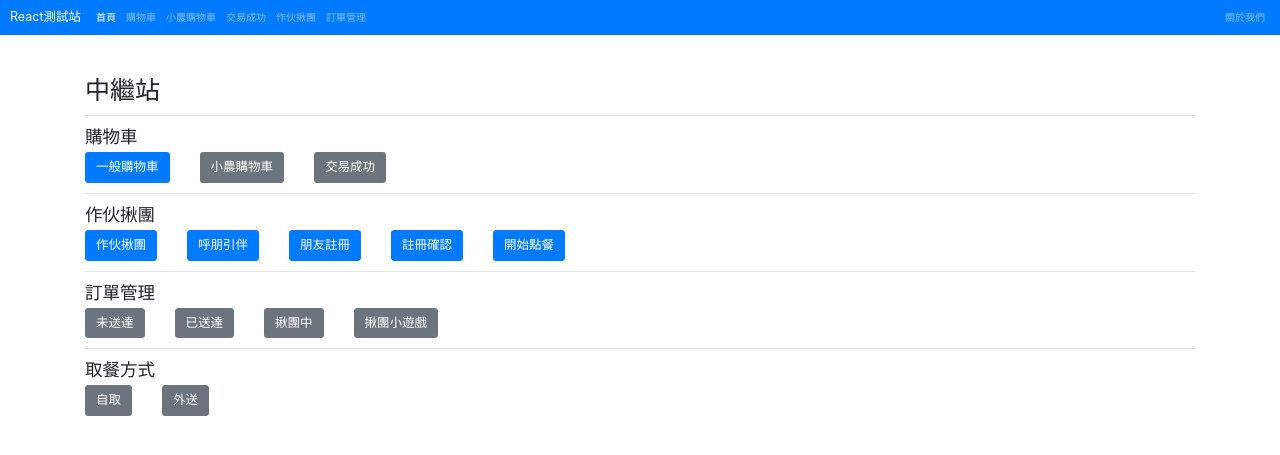
Repository: as2million/group_c
Page: /
The author's editor kept a copy of each file at every save. The page is drawn from the files as they stood at one save, then again after the next save.
The browser window is 1280 px wide. The pictures show the whole page.
The project was rebuilt for these pictures with package versions that can differ from the ones it lists, and the page was loaded fresh each time. Also part of the build but not shown: src/Cha/pages-demo/About.js, src/Cha/pages-demo/Product.js, src/Cha/pages-demo/Success.js, src/Cha/Components/Cha-Cart-ProgressBar/ChaCartProgressBar.scss, src/Cha/Components/Cha-Cart-ProgressBar/ChaCartProgressBar.js, src/Cha/Components/Cha-Cart-Submit-Card/ChaCartSubmitCard.scss, src/Cha/Components/Cha-Cart-Submit-Card/ChaCartSubmitCard.js, src/Share/Components/Counter/Counter.scss and 30 more.

Above is the page before, as saved 2020-10-29 09:30:19.

### public/index.html
<!DOCTYPE html>
<html lang="en">

<head>
  <meta charset="utf-8" />
  <link rel="icon" href="%PUBLIC_URL%/favicon.ico" />
  <meta name="viewport" content="width=device-width, initial-scale=1" />
  <meta name="theme-color" content="#000000" />
  <meta name="description" content="Web site created using create-react-app" />
  <link rel="apple-touch-icon" href="%PUBLIC_URL%/logo192.png" />
  <!--
      manifest.json provides metadata used when your web app is installed on a
      user's mobile device or desktop. See https://developers.google.com/web/fundamentals/web-app-manifest/
    -->
  <link rel="manifest" href="%PUBLIC_URL%/manifest.json" />
  <!--
      Notice the use of %PUBLIC_URL% in the tags above.
      It will be replaced with the URL of the `public` folder during the build.
      Only files inside the `public` folder can be referenced from the HTML.

      Unlike "/favicon.ico" or "favicon.ico", "%PUBLIC_URL%/favicon.ico" will
      work correctly both with client-side routing and a non-root public URL.
      Learn how to configure a non-root public URL by running `npm run build`.
    -->

  <!-- bootstrap -->
  <link rel="stylesheet" href="https://stackpath.bootstrapcdn.com/bootstrap/4.1.3/css/bootstrap.min.css"
    integrity="sha384-MCw98/SFnGE8fJT3GXwEOngsV7Zt27NXFoaoApmYm81iuXoPkFOJwJ8ERdknLPMO" crossorigin="anonymous">
  <title>React App</title>
</head>

<body>
  <noscript>You need to enable JavaScript to run this app.</noscript>
  <div id="root"></div>
  <!--
      This HTML file is a template.
      If you open it directly in the browser, you will see an empty page.

      You can add webfonts, meta tags, or analytics to this file.
      The build step will place the bundled scripts into the <body> tag.

      To begin the development, run `npm start` or `yarn start`.
      To create a production bundle, use `npm run build` or `yarn build`.
    -->
</body>

</html>

### src/index.js
import React from 'react';
import ReactDOM from 'react-dom';
import './index.scss';
// import JanAppTest from './JanAppTest';
import * as serviceWorker from './serviceWorker';
// import ClaudiaAppTest from './ClaudiaAppTest'
// import JessAppTest from './JessAppTest'
// import IrisAppTest from './IrisAppTest';
import ChaAppTest from './ChaAppTest';
// import RuAppTest from './RuAppTest';
ReactDOM.render(
  <React.StrictMode>
    {/* <ClaudiaAppTest /> */}
    {/* <JanAppTest /> */}
    {/* <JessAppTest /> */}
    {/* <IrisAppTest /> */}
    <ChaAppTest />
    {/* <RuAppTest /> */}
  </React.StrictMode>,
  document.getElementById('root')
);

// If you want your app to work offline and load faster, you can change
// unregister() to register() below. Note this comes with some pitfalls.
// Learn more about service workers: https://bit.ly/CRA-PWA
serviceWorker.unregister();

### src/index.scss
// @import "./Share/Components/NavBar/Navbar.scss";

@import '~bootstrap/scss/bootstrap.scss';

body {
  margin: 0;
  font-family: -apple-system, BlinkMacSystemFont, 'Segoe UI', 'Roboto', 'Oxygen',
    'Ubuntu', 'Cantarell', 'Fira Sans', 'Droid Sans', 'Helvetica Neue',
    sans-serif;
  -webkit-font-smoothing: antialiased;
  -moz-osx-font-smoothing: grayscale;
}

code {
  font-family: source-code-pro, Menlo, Monaco, Consolas, 'Courier New',
    monospace;
}

### src/ChaAppTest.js
import React, { useState, useEffect } from 'react';

// import MyNavbar from 'Cha/Components-demo/MyNavbar'
// import MainContent from 'Cha/Components-demo/MainContent'
import { BrowserRouter as Router, Route, Link, Switch } from 'react-router-dom';

import Home from 'Cha/pages-demo/Home';
import About from 'Cha/pages-demo/About';
import Product from 'Cha/pages-demo/Product';
import Success from 'Cha/pages-demo/Success';

// import ChaSwitchExample from 'Cha/Components-demo/Cha-Switch-Example/ChaSwitchExample';

import ChaCart from 'Cha/Pages/Cha-Cart/ChaCart';
import ChaGroupOrder from 'Cha/Pages/Cha-Group-Order/ChaGroupOrder';
import IrisProfilePageDemo from 'Cha/Pages/Iris-Profile-Page-Demo/IrisProfilePageDemo';

import ChaOrderManagement from 'Cha/Components/Cha-Order-Management/ChaOrderManagement';

function ChaAppTest() {
  return (
    <Router>
      <>
        <Switch>
          <Route exact path="/">
            <Home />
          </Route>
          <Route path="/cart">
            <ChaCart />
          </Route>
          <Route path="/groupOrder">
            <ChaGroupOrder />
          </Route>
          <Route path="/orderManagement">
            <ChaOrderManagement />
          </Route>
          <Route path="/irisProfilePageDemo">
            <IrisProfilePageDemo />
          </Route>
          {/* <Route path="/chaSwitchExample">
            <ChaSwitchExample />
          </Route> */}
        </Switch>
      </>
    </Router>
  );
}

export default ChaAppTest;

### src/Cha/pages-demo/Home.js
import React, { useState, useEffect } from 'react';
import { Link, Switch } from 'react-router-dom';

import MyNavbar from 'Cha/Components-demo/MyNavbar';

function Home(props) {
  return (
    <>
      <MyNavbar />
      <div className="container">
        <br />
        <br />
        <br />
        <br />
        <br />
        <h1>中繼站</h1>
        <hr />
        <h3>購物車</h3>
        <Link to="/cart">
          <button type="button" class="btn btn-primary btn-lg mr-5">
            一般購物車
          </button>
        </Link>
        <Link to="/">
          <button type="button" class="btn btn-secondary btn-lg mr-5">
            小農購物車
          </button>
        </Link>
        <Link to="/">
          <button type="button" class="btn btn-secondary btn-lg mr-5">
            交易成功
          </button>
        </Link>
        <hr />
        <h3>作伙揪團</h3>
        <Link to="/groupOrder/groupOrderCreate">
          <button type="button" class="btn btn-primary btn-lg mr-5">
            作伙揪團
          </button>
        </Link>
        <Link to="/groupOrder/groupOrderSearch">
          <button type="button" class="btn btn-primary btn-lg mr-5">
            呼朋引伴
          </button>
        </Link>
        <Link to="/groupOrder/groupOrderSignIn">
          <button type="button" class="btn btn-primary btn-lg mr-5">
            朋友註冊
          </button>
        </Link>
        <Link to="/groupOrder/groupOrderConfirm">
          <button type="button" class="btn btn-primary btn-lg mr-5">
            註冊確認
          </button>
        </Link>
        <Link to="/groupOrder/groupOrderMenu">
          <button type="button" class="btn btn-primary btn-lg mr-5">
            開始點餐
          </button>
        </Link>
        <hr />
        <h3>訂單管理</h3>
        <Link to="/orderManagement">
          <button
            type="button"
            class="btn btn-secondary
           btn-lg mr-5"
          >
            未送達
          </button>
        </Link>
        <Link to="/">
          <button
            type="button"
            class="btn btn-secondary
           btn-lg mr-5"
          >
            已送達
          </button>
        </Link>
        <Link to="/">
          <button
            type="button"
            class="btn btn-secondary
           btn-lg mr-5"
          >
            揪團中
          </button>
        </Link>
        <Link to="/">
          <button
            type="button"
            class="btn btn-secondary
           btn-lg mr-5"
          >
            揪團小遊戲
          </button>
        </Link>
        <hr />
        <h3>取餐方式</h3>
        <Link to="/">
          <button
            type="button"
            class="btn btn-secondary
           btn-lg mr-5"
          >
            自取
          </button>
        </Link>
        <Link to="/">
          <button
            type="button"
            class="btn btn-secondary
           btn-lg mr-5"
          >
            外送
          </button>
        </Link>
      </div>
    </>
  );
}
export default Home;

### src/Cha/Components-demo/MyNavbar.js
import React, { useState, useEffect } from 'react';
import {
  Navbar,
  Nav,
  Form,
  FormControl,
  Button,
  NavDropdown,
} from 'react-bootstrap';

// 選單連結要使用NavLink取代Link
import { NavLink } from 'react-router-dom';

function MyNavbar(props) {
  return (
    <>
      <Navbar
        collapseOnSelect
        expand="lg"
        bg="primary"
        variant="dark"
        fixed="top"
      >
        <Navbar.Brand href="#home">React測試站</Navbar.Brand>
        <Navbar.Toggle aria-controls="responsive-navbar-nav" />
        <Navbar.Collapse id="responsive-navbar-nav">
          <Nav className="mr-auto">
            {/* 把Nav.Link作為NavLink來使用 */}
            {/* 一定要加上exact，不然首頁會一直點亮(active) */}
            <Nav.Link as={NavLink} to="/" exact>
              首頁
            </Nav.Link>
            <Nav.Link as={NavLink} to="/cart">
              購物車
            </Nav.Link>
            <Nav.Link as={NavLink} to="/cha_farmer_cart">
              小農購物車
            </Nav.Link>
            <Nav.Link as={NavLink} to="/cha_cart_order_success">
              交易成功
            </Nav.Link>
            <Nav.Link as={NavLink} to="/groupOrder">
              作伙揪團
            </Nav.Link>
            <Nav.Link as={NavLink} to="/order_management">
              訂單管理
            </Nav.Link>
          </Nav>
          <Nav>
            <Nav.Link as={NavLink} to="/about">
              關於我們
            </Nav.Link>
          </Nav>
        </Navbar.Collapse>
      </Navbar>
    </>
  );
}

export default MyNavbar;

### src/Cha/Pages/Cha-Cart/ChaCart.scss
html {
  font-size: 10px;
}

.cha-wrap {
  display: flex;
  justify-content: center;
  margin-top: 0rem;
  padding-top: 8.5rem;
  background-color: #f7ede2;
}
// 我自己的共用屬性
// .step-header {
//   font-size: 2.4rem;
//   border-bottom: .1rem solid #8585853a;
//   padding-top: 1.5rem;
//   padding-bottom: 1.5rem;
//   margin-top: 1.5rem;
//   margin-bottom: 1.5rem;
// }

// .step-check-btn {
//   height: 4.5rem;
//   width: 17.0rem;
//   border-radius: 5.0rem;
//   background-color: #fff;
//   border: solid .1rem #e0611e;
//   outline: none;
//   color: #e0611e;
//   font-size: 1.8rem;
//   &:hover {
//     background-color: #e0611e;
//     color: #fff;
//   }
// }
// .step-check-btn-div {
//   display: flex;
//   justify-content: flex-end;
//   margin-top: 2.0rem;
//   margin-bottom: 4.0rem;
// }

// .horizontal-line {
//   border-bottom: .1rem solid #8585853a;
// }

Loaded but not shown: src/serviceWorker.js (common file)

After the next save:
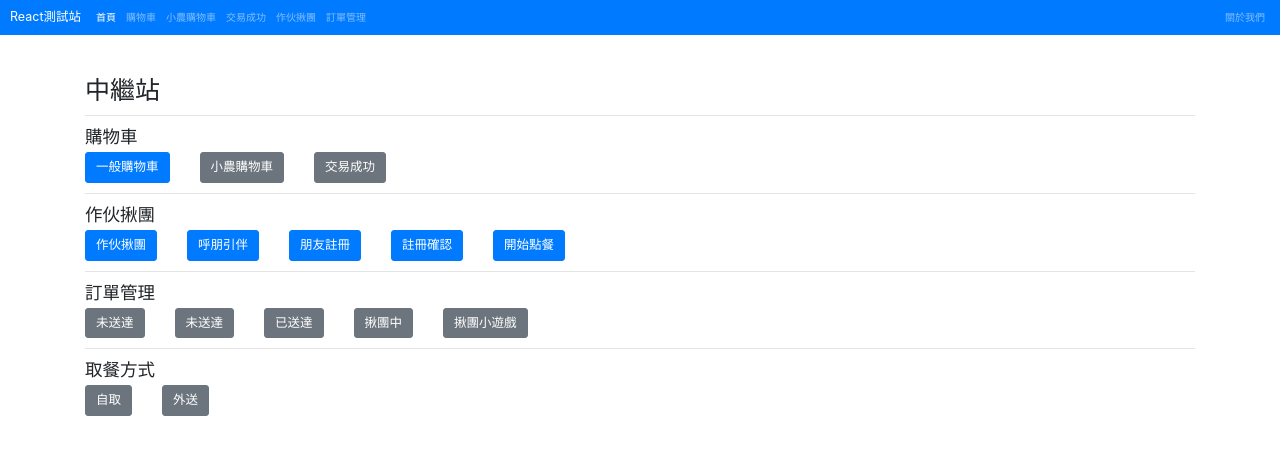
Saved 52 s later.
--- a/src/Cha/pages-demo/Home.js
+++ b/src/Cha/pages-demo/Home.js
@@ -69,6 +69,15 @@ function Home(props) {
             未送達
           </button>
         </Link>
+        <Link to="/orderManagement">
+          <button
+            type="button"
+            class="btn btn-secondary
+           btn-lg mr-5"
+          >
+            未送達
+          </button>
+        </Link>
         <Link to="/">
           <button
             type="button"
